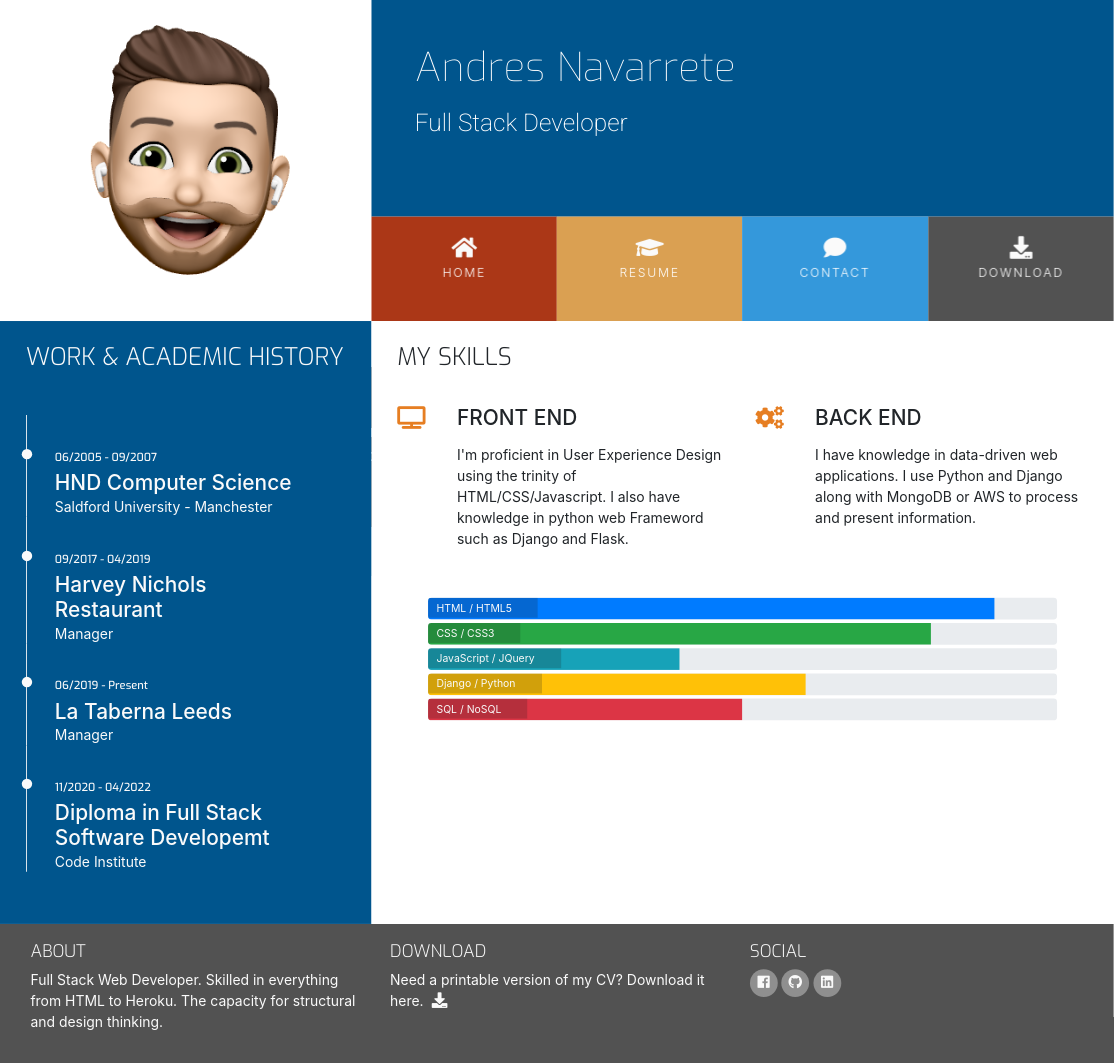
Repository: andna5980/cloud9-workspace
Page: resume.html
These files come from the project's save history. The page is drawn as it stood at one moment and after the next save; the edit follows.
The browser window is 1280 px wide. The pictures show the whole page, at 87% of full size.
Some web libraries are served in a nearby version.

Above is the page before, as saved 2022-04-24 10:38:31.

### resume.html
<!DOCTYPE html>
<html lang="en">

<head>
    <meta charset="UTF-8">
    <meta name="viewport" content="width=device-width, initial-scale=1.0">
    <link rel="stylesheet" href="https://maxcdn.bootstrapcdn.com/bootstrap/4.2.1/css/bootstrap.min.css"
        type="text/css" />
    <link rel="stylesheet" href="https://use.fontawesome.com/releases/v5.0.10/css/all.css"
        integrity="sha384-+d0P83n9kaQMCwj8F4RJB66tzIwOKmrdb46+porD/OvrJ+37WqIM7UoBtwHO6Nlg" crossorigin="anonymous" />
    <link rel="stylesheet" href="https://cdnjs.cloudflare.com/ajax/libs/hover.css/2.3.1/css/hover-min.css">
    <link rel="stylesheet" href="./resume-project/assets/css/style.css" type="text/css">
    <title>Andy</title>
</head>

<body>
    <header>
        <div class="row no-gutters">
            <a href="index.html" class="col-md-4 logo">

            </a>
            <div class="col-md-8">
                <div class="row no-gutters bg-color-name-title">
                    <div class="col heading">
                        <h1 class="name">Andres Navarrete</h1>
                        <h2 class="title">Full Stack Developer</h2>

                    </div>
                </div>
                <div class="row no-gutters">
                    <div class="col">
                        <ul id="nav" class="list-inline menucontainer">
                            <li class="col-6 col-sm-3 ui-menu-color-home list-inline-item menuitem">
                                <a href="index.html" class="hvr-sweep-to-bottom"><i class="fa fa-home"
                                        aria-hidden="true"></i><span>Home</span></a>
                            </li>
                            <li class="col-6 col-sm-3 ui-menu-color-resume list-inline-item menuitem">
                                <a href="resume.html" class="hvr-sweep-to-bottom"><i class="fa fa-graduation-cap"
                                        aria-hidden="true"></i><span>Resume</span></a>
                            </li>
                            <li class="col-6 col-sm-3 ui-menu-color-contact list-inline-item menuitem">
                                <a href="contact.html" class="hvr-sweep-to-bottom"><i class="fa fa-comment"
                                        aria-hidden="true"></i><span>Contact</span></a>
                            </li>
                            <li class="col-6 col-sm-3 ui-menu-color-download list-inline-item menuitem">
                                <a href="/resume-project/assets/cv/Rodrigo-Andres-Navarrete-cv.pdf" target="_blank" class="hvr-sweep-to-bottom"><i class="fa fa-download"
                                        aria-hidden="true"></i><span>Download</span></a>
                            </li>
                        </ul>
                    </div>
                </div>

            </div>
        </div>

    </header>

    <section class="container-fluid">
        <div class="row">
            <div class="col-md-4 bg-color-work-history section-column">
                <div class="row">
                    <div class="col-12">
                        <h3 class="history-heading uppercase">
                            Work & Academic History
                        </h3>
                    </div>
                </div>
                <div class="history-items">
                    <div class="timeline-item" data-dates="06/2005 - 09/2007">
                        <h4>HND Computer Science</h4>
                        <p>Saldford University - Manchester</p>
                    </div>
                    <div class="timeline-item" data-dates="09/2017 - 04/2019">
                        <h4>Harvey Nichols Restaurant</h4>
                        <p>Manager</p>
                    </div>
                    <div class="timeline-item" data-dates="06/2019 - Present">
                        <h4>La Taberna Leeds</h4>
                        <p>Manager</p>
                    </div>
                    <div class="timeline-item" data-dates="11/2020 - 04/2022">
                        <h4>Diploma in Full Stack Software Developemt</h4>
                        <p>Code Institute</p>
                    </div>
                </div>
            </div>
            <div class="col-md-8 bg-color-three-reasons section-column">
                <div class="row">
                    <div class="col">
                        <h3 class="section-heading uppercase">My Skills</h3>
                    </div>
                </div>
                <div class="row">
                    <div class="col-10 offser-1 offset-sm-0 col-sm-4 col-md-6">
                        <div class="row">
                            <div class="col-2">
                                <i class="three-reasons-icon fa fa-tv" aria-hidden="true"></i>
                            </div>
                            <div class="col-10">
                                <h4 class="three-reasons-heading uppercase">Front End</h4>
                                <p>
                                    I'm proficient in User Experience Design using the trinity of HTML/CSS/Javascript.
                                    I also have knowledge in python web Frameword such as Django and Flask.
                                </p>
                            </div>
                        </div>
                    </div>
                    <div class="col-10 offser-1 offset-sm-0 col-sm-4 col-md-6">
                        <div class="row">
                            <div class="col-2">
                                <i class="three-reasons-icon fa fa-cogs" aria-hidden="true"></i>
                            </div>
                            <div class="col-10">
                                <h4 class="three-reasons-heading uppercase">Back End</h4>
                                <p>
                                    I have knowledge in data-driven web applications.
                                    I use Python and Django along with MongoDB or AWS to process and present information.
                                </p>
                            </div>
                        </div>
                    </div>

                </div>
                <div class="row progress-section">
                    <div class="col">
                        <div class="progress">
                             <div class="progress-bar" role="progressbar" aria-valuenow="90" aria-valuemin="0" aria-valuemax="100" style="width:90%">
                                <span class="sr-only">90% complete</span>
                             </div>
                             <span class="progress-type">HTML / HTML5</span>
                        </div>
                        <div class="progress">
                             <div class="progress-bar bg-success" role="progressbar" aria-valuenow="80" aria-valuemin="0" aria-valuemax="100" style="width:80%">
                                <span class="sr-only">80% complete</span>
                             </div>
                             <span class="progress-type">CSS / CSS3</span>
                        </div>
                        <div class="progress">
                             <div class="progress-bar bg-info" role="progressbar" aria-valuenow="70" aria-valuemin="0" aria-valuemax="100" style="width:40%">
                                <span class="sr-only">40% complete</span>
                             </div>
                             <span class="progress-type">JavaScript / JQuery</span>
                        </div>
                        <div class="progress">
                             <div class="progress-bar bg-warning" role="progressbar" aria-valuenow="80" aria-valuemin="0" aria-valuemax="100" style="width:60%">
                                <span class="sr-only">60% complete</span>
                             </div>
                             <span class="progress-type">Django / Python</span>
                        </div>
                        <div class="progress">
                             <div class="progress-bar bg-danger" role="progressbar" aria-valuenow="80" aria-valuemin="0" aria-valuemax="100" style="width:50%">
                                <span class="sr-only">50% complete</span>
                             </div>
                             <span class="progress-type">SQL / NoSQL</span>
                        </div>
                    </div>
                </div>
            </div>
        </div>
    </section>



    <footer class="container-fluid">
        <div id="footer-details" class="row">
            <div class="col-sm-4">
                <h5 class="uppercase general-sub">About</h5>
                <p class="inline-block">
                    Full Stack Web Developer. Skilled in everything from HTML to Heroku.
                    The capacity for structural and design thinking.
                </p>
            </div>
            <div class="col-sm-4">
                <h5 class="uppercase general-sub">Download</h5>
                <p class="inline-block">
                    Need a printable version of my CV? Download it here.
                    <a href="./resume-project/assets/cv/Rodrigo-Andres-Navarrete-cv.pdf" target="_blank" class="cv-pdf">
                        <i class="fa fa-download" aria-hidden="true"></i>
                        <span class="sr-only">Download</span>
                    </a>
                </p>

            </div>
            <div class="col-sm-4">
                <h5 class="uppercase general-sub">Social</h5>
                <ul class="list-inline social-links">
                    <li class="list-inline-item">
                        <a target="_blank" href="#">
                            <i class="fab fa-facebook" aria-hidden="true"></i>
                            <span class="sr-only">Facebook</span>
                        </a>
                    </li>

                    <li class="list-inline-item">
                        <a target="_blank" href="https://github.com/andna5980">
                            <i class="fab fa-github" aria-hidden="true"></i>
                            <span class="sr-only">Github</span>
                        </a>
                    </li>
                    <li class="list-inline-item">
                        <a target="_blank" href="https://www.linkedin.com/in/andres-navarrete-barrios-6aa631101/">
                            <i class="fab fa-linkedin" aria-hidden="true"></i>
                            <span class="sr-only">LinkedIn</span>
                        </a>
                    </li>
                </ul>
            </div>
        </div>

    </footer>
</body>

</html>

### resume-project/assets/css/style.css
@import url('https://fonts.googleapis.com/css?family=Roboto:100,200,300,400,500,600,700|Exo:100,200,300,400,500,600,700');



/*-------------------------------------------------Colours */

.bg-color-name-title {
    background-color: #00558D;

}

.bg-color-three-reasons {
    background-color: #fff;
}

.bg-color-personal-info {
    background-color: #f4f4f4;
}

.bg-color-work-history {
    background-color: #00558D;
}

bg-color-contact {
    background-color: #fff;
}

.ui-menu-color-home{
    background-color: #AB3717;

}
.ui-menu-color-resume{
    background-color: #DAA052;

}
.ui-menu-color-contact{
    background-color: #3498db;

}
.ui-menu-color-download{
    background-color: #525252;

}

.row-table {
    display: table;
}

.section-column {
    display: table-cell;
    padding: 0 30px 30px;
    float: none;
}

.section-heading {
    font-family: "Exo", sans-serif;
    font-weight: 300;
    margin-top: 25px;
    margin-bottom: 40px;
}
/*-------------------------------------------------Special paddings/margins/text */


h1,h2,h3,h4 {
    margin: 0;
}

.uppercase {
    text-transform: uppercase;
}


.general-sub {
    font-family: "Exo", sans-serif;
    font-weight: 300;
    color: #fafafa;
}

.inline-block {
    display: inline-block;
}

.row-table {
    display: table;
}

.section-column {
    display: table-cell;
    padding: 0 30px 30px;
    float: none;
}

.history-heading,
.section-heading {
    font-family: "Exo", sans-serif;
    font-weight: 300;
    margin-top: 25px;
    margin-bottom: 40px;
}

/*-------------------------------------------------Headings */

header {
    margin: 0;
}

.heading{
    margin-left: 50px;
}

.logo {
    background: url("../images/memoji2.PNG");
    background-position: center;
    background-repeat: no-repeat;
    background-size: cover;
    min-height: 350px;
    transition: all .5s ease-in-out;
    -moz-transition:  all .5s ease-in-out;
    -webkit-transition: all .5s ease-in-out;
}

.name {
    font-family: "Exo", sans-serif;
    font-weight: 100;
    font-size: 46px;
    margin-top: 50px;
    color: #ffffff;
}

.title {
    font-family: "Roboto", sans-serif;
    font-weight: 200;
    font-size: 28px;
    margin-top: 20px;
    margin-bottom: 90px;
    color: #ffffff;
}


.list-inline-item:not(:last-child) {
    margin: 0;
}

.menucontainer {
    font-size: 0;
}

#nav {
    margin: 0;
}

#nav li {
    font-size: 14px;
    padding: 0;
}

.menuitem {
    height: 120px;
    text-align: center;
    padding: 0;

}

.menuitem a {
    width: 100%;
    text-decoration: none;
    color: #ffffff;
    height: 120px;
}

.menuitem a i{
    padding-top: 22px;
    display: block;
    color: #fafafa;
    font-size: 26px;

}

.menuitem span {
    display: block;
    width: 100%;
    padding-top: 5px;
    text-align: center;
    text-transform: uppercase;
    font-size: 14px;
    font-weight: 300;
    letter-spacing: 2px;
}

/*-------------------------------------------------Hover.css */

.hvr-sweep-to-bottom:before {
    background: rgba(0, 0, 0, 0.2);
    height: 120px;
}


/*-------------------------------------------------Footer */

footer {
    background-color: #525252;
    color: #fafafa;
    min-height: 120px;
    margin: 0;
}

.cv-pdf i {
    font-size: 18px;
    color: #fafafa;
    text-align: center;
    padding-left: 5px;
    transition: all 0.35s ease-in-out;
    -moz-transition: all 0.35s ease-in-out;
    -webkit-transition: all 0.35s ease-in-out;
    -o-transition: all 0.35s ease-in-out;
}

.cv-pdf i:hover {
    color: #e84610;
}

.social-links {
    padding-bottom: 15px;
}

.social-links li a i {
    width: 32px;
    height: 32px;
    padding: 12px 0;
    border-radius: 50%;
    line-height: 7px;
    text-align: center;
    color: #fafafa;
    background: #8f8f8f;
    transition: all 0.35s ease-in-out;
    -moz-transition: all 0.35s ease-in-out;
    -webkit-transition: all 0.35s ease-in-out;
    -o-transition: all 0.35s ease-in-out;
}

.social-links li a i:hover {
    background: #e84610;
}

#footer-details {
    padding: 20px;
}


/*-------------------------------------------------Three reasons */


.three-reasons-icon {
    font-size: 26px;
    color: #e67e22;
}

.three-reasons-heading {
    margin-bottom: 15px;

}

/* ----------------------------------------Personal Info */

.personal-info-item {
    margin-bottom: 20px;
    display: block;
    clear: both;
}

.personal-info-item .key,
.personal-info-item .value {
    padding-right: 8px;
    display: inline-block;
}

.personal-info-item .key p,
.personal-info-item .value p {
    margin: 0;
}

.personal-info-item .key {
    width: 30%;
    margin-right: 21px;
    padding-top: 2px;
    vertical-align: top;
}

.personal-info-item .key p {
    font-weight: 700;
}

.personal-info-item .value {
    position: relative;
    width: 60%;
}


/* ----------------------------------------Skills */

.progress {
    position: relative;
    height: 25px;
    margin-bottom: 4px;
}

.progress-type {
    position: absolute;
    left: 0px;
    font-weight: 400;
    padding: 3px 30px 2px 10px;
    color: #fafafa;
    background-color: rgba(25, 25, 25, 0.2);
}

.progress-section {
    margin: 40px 20px;
}


/* ----------------------------------------Work History */

.history-heading {
    color: #fafafa;
    margin-bottom: 50px;
}

.timeline-item {
    padding: 4em 2em 0em 2em;
    position: relative;
    color: #fafafa;
    border-left: 1px solid;
}

.timeline-item p {
    padding: 0;
    margin: 0;
}

.timeline-item:before {
    content: attr(data-dates);
    position: absolute;
    left: 2.5em;
    top: 3em;
    display: block;
    font-family: "Exo", sans-serif;
    font-weight: 500;
    font-size: 0.8em;
    padding: 0;
    margin: 0;
}

.timeline-item:after {
    width: 12px;
    height: 12px;
    display: block;
    top: 2.4em;
    position: absolute;
    left: -6px;
    border-radius: 12px;
    content: '';
    background: #fafafa;
}

.history-items {
    margin-bottom: 30px;
}


/* ----------------------------------------Contact Form */

.contact-heading {
    font-family: "Exo", sans-serif;
    font-weight: 300;
    margin-top: 25px;
    margin-bottom: 20px;
}

.center-form {
    padding-top: 10px;
    margin: 0 auto;
    max-width: 70%;
}

button[type="submit"] {
    margin-top: 15px;
    margin-bottom: 20px;
    color: #fafafa;
    background-color: #e84610;
}

/* ----------------------------------------Media Queries */

@media(min-width: 992px) {
    center-form {
        padding-top: 30px;
        min-height: 240px;
        margin: 0 auto;
        max-width: 50%;
    }
}

After the next save:
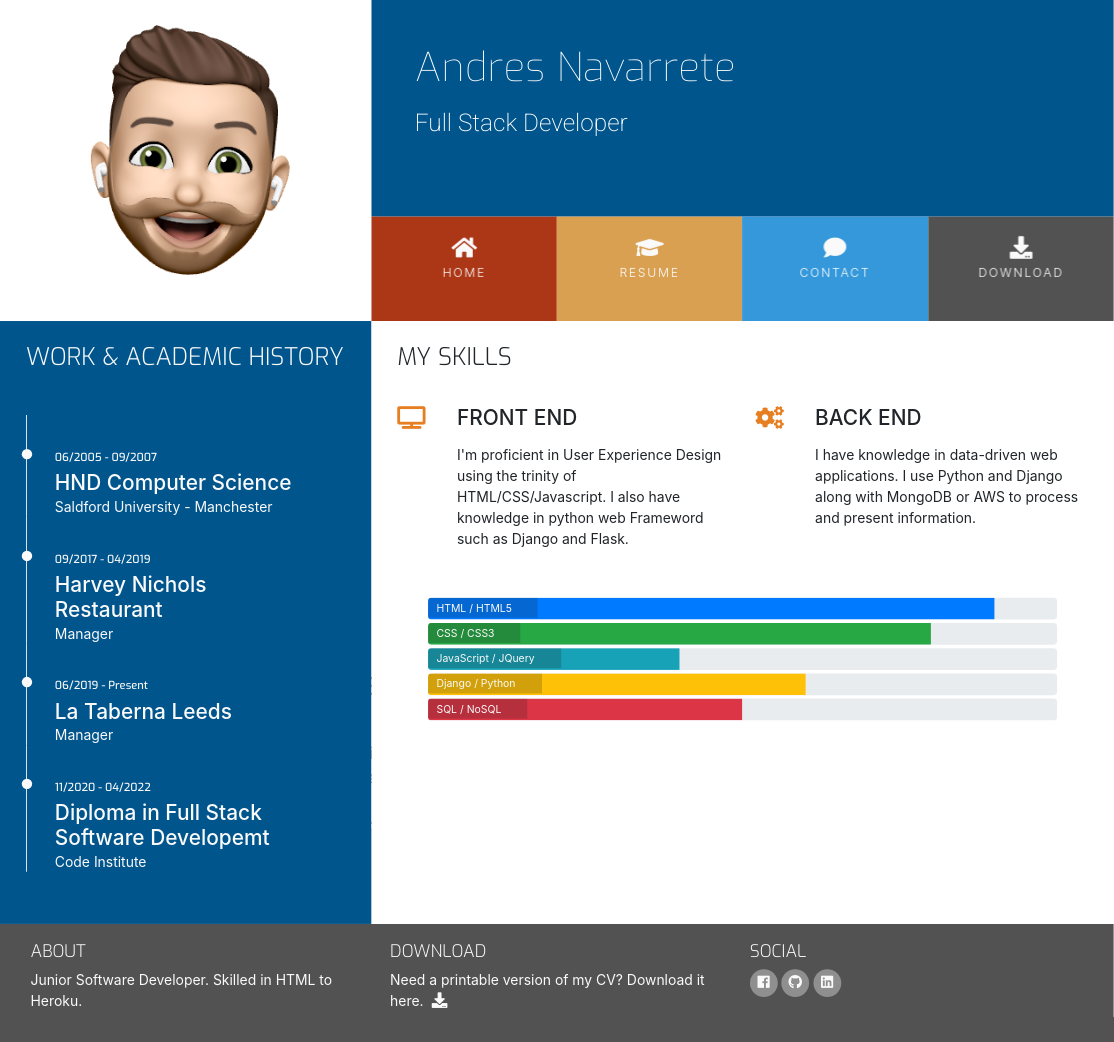
Saved 31 s later.
--- a/resume.html
+++ b/resume.html
@@ -166,8 +166,8 @@
             <div class="col-sm-4">
                 <h5 class="uppercase general-sub">About</h5>
                 <p class="inline-block">
-                    Full Stack Web Developer. Skilled in everything from HTML to Heroku.
-                    The capacity for structural and design thinking.
+                    Junior Software Developer.
+                    Skilled in HTML to Heroku.
                 </p>
             </div>
             <div class="col-sm-4">
